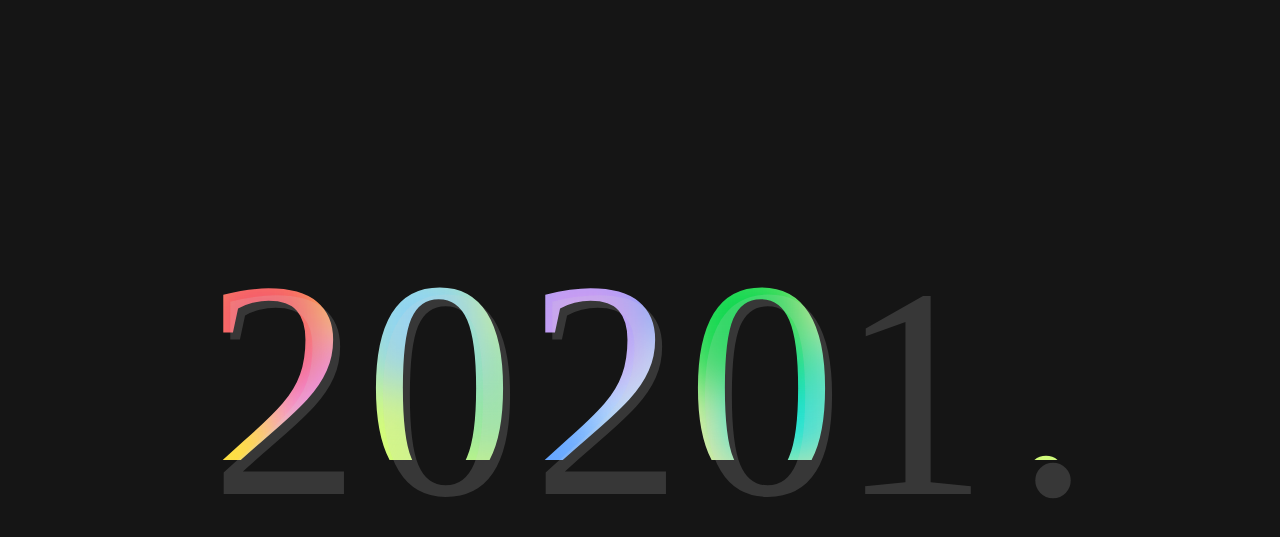
Repository: ramtoppo12/Happy-new-year-2021
Page: index.html
These files come from the project's save history. The page is drawn as it stood at one moment and after the next save; the edit follows.
The browser window is 1280 px wide. The pictures show the whole page.
Some web fonts or font styles are not loaded; a fallback is used.

Above is the page before, as saved 2020-12-24 23:25:54.

After the next save:
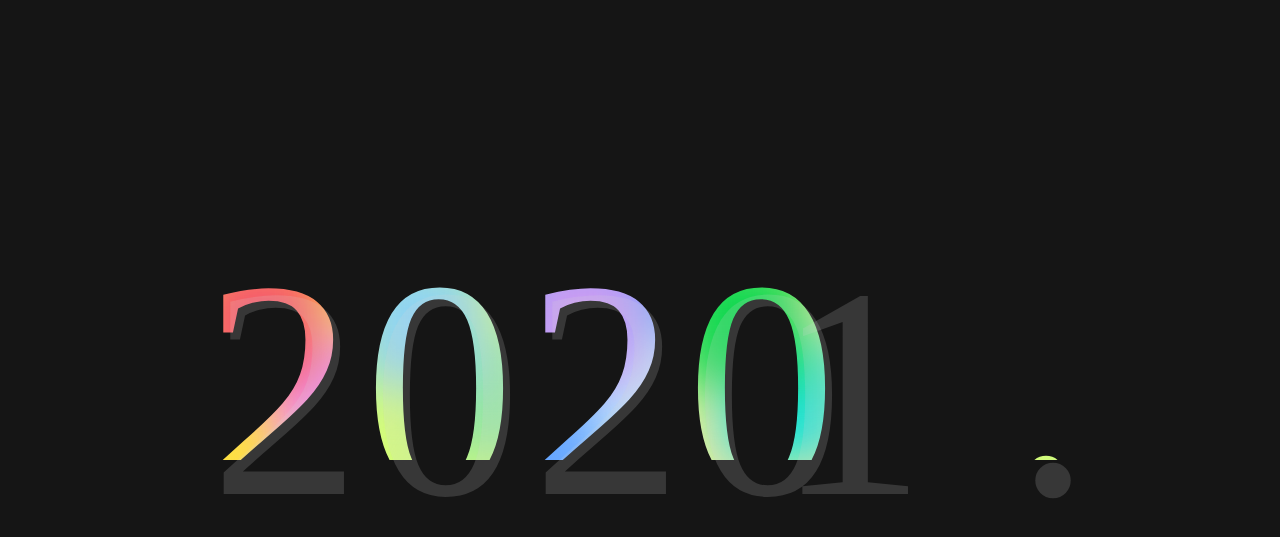
Saved 4 s later.
--- a/style.css
+++ b/style.css
@@ -41,5 +41,5 @@ body {
   background-image: url("data:[embedded picture, 1300 characters]");
 }
 .text-5 {
-  transform: translateX(-10%);
+  transform: translateX(-50%);
 }
